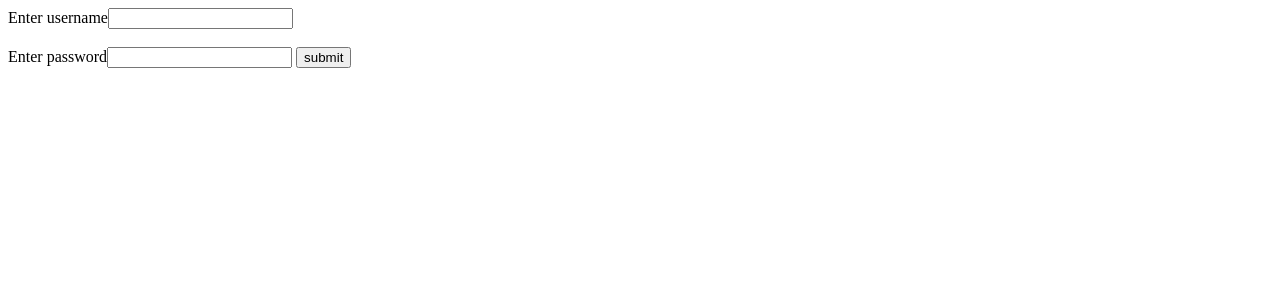
Repository: Kavya-C1/eclipsejava
Page: http://localhost/DoctorAppMaven/login.jsp
An editor plug-in stored every save of this project. The page is shown before and after the next save, followed by the edit.
The browser window is 1280 px wide. The pictures show the whole page.
The page is served by Tomcat 9. Other server files are loaded and not shown.

Above is the page before, as saved 2024-03-15 09:12:18.

### DoctorAppMaven/src/main/webapp/login.jsp
<%@ page language="java" contentType="text/html; charset=ISO-8859-1"
    pageEncoding="ISO-8859-1"%>
<!DOCTYPE html>
<html>
<head>
<meta charset="ISO-8859-1">
<title>Insert title here</title>
</head>
<body>

<form action="loginServlet">

Enter username<input type="text" name="username"><br><br>
Enter password<input type="password" name="password">

<input type="submit" value="submit">

</form>

</body>
</html>

After the next save:
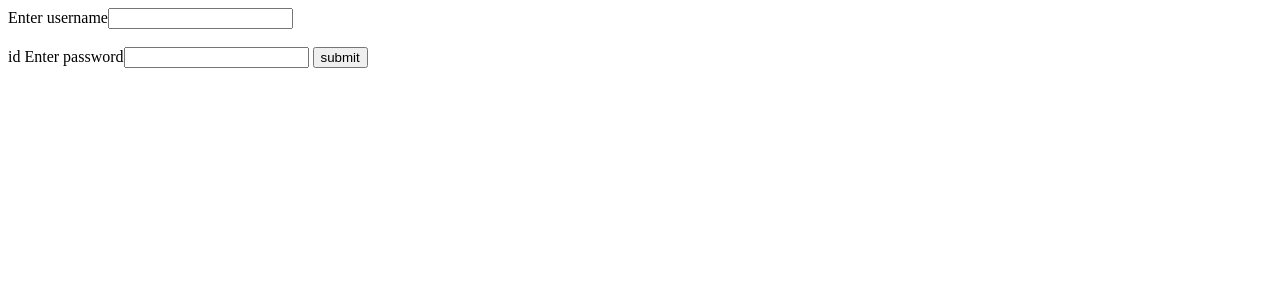
Saved 7 min 38 s later.
--- a/DoctorAppMaven/src/main/webapp/login.jsp
+++ b/DoctorAppMaven/src/main/webapp/login.jsp
@@ -11,6 +11,7 @@
 <form action="loginServlet">
 
 Enter username<input type="text" name="username"><br><br>
+id
 Enter password<input type="password" name="password">
 
 <input type="submit" value="submit">
